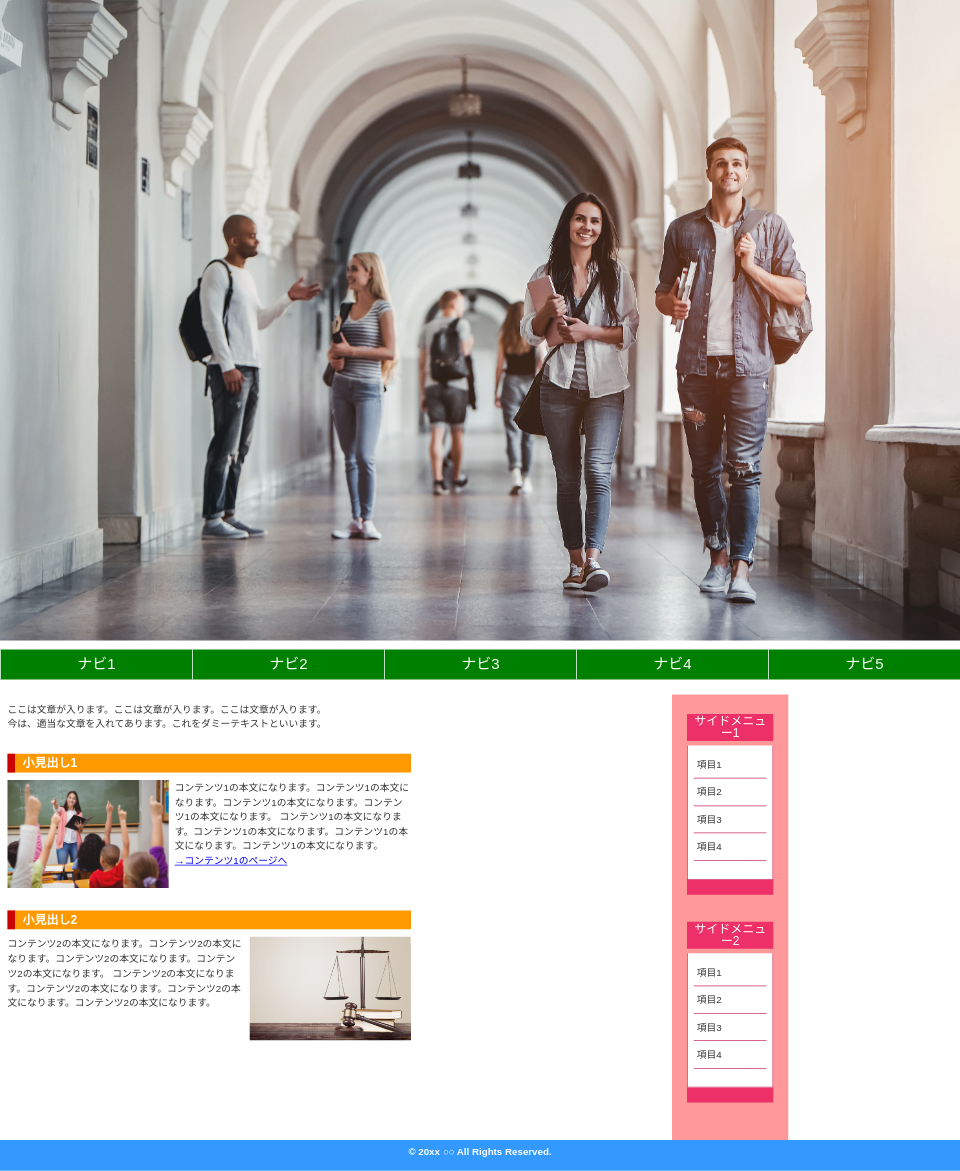
Repository: masyumaro7921/samurai_HTML-CSS
Page: home.html
The author's editor kept a record of every edit. The page is drawn from the files as they stood at one moment, then again after the next edit.
The browser window is 1280 px wide. The pictures show the whole page, at 75% of full size.

Above is the page before.

After the next edit:
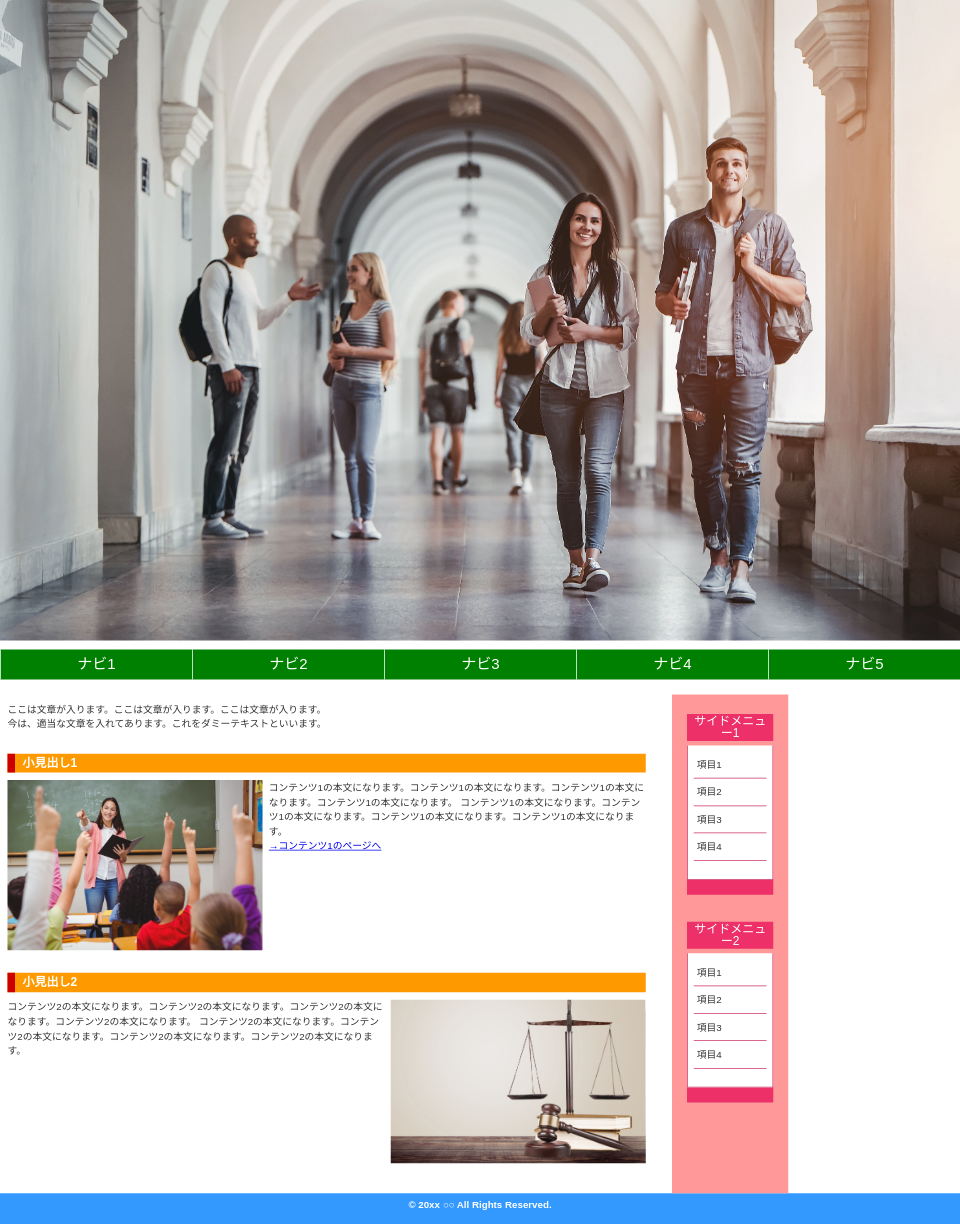
The edit:
--- a/stylesheet.css
+++ b/stylesheet.css
@@ -160,10 +160,7 @@
 /* -------------------- main -------------------- */
 
 #main {
-
-	float: left;
-
-	width: 60%;
+width: 95%;
 
 	padding: 10px 30px 10px 10px;
 
